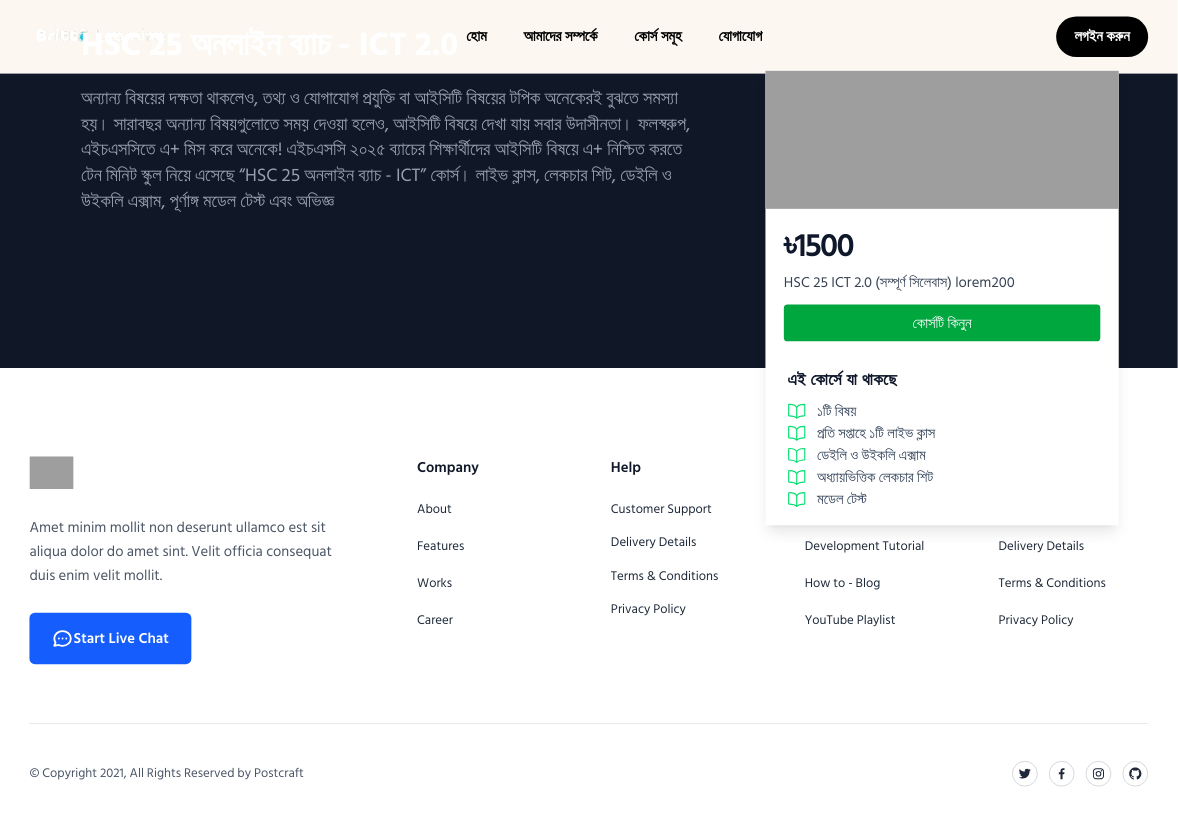
Repository: Ruddro420/course-selling
Page: /single-course
An editor plug-in stored every save of this project. The page is shown before and after the next save, followed by the edit.
The browser window is 1280 px wide. The pictures show the whole page, at 92% of full size.
Pictures or frames that could not be fetched are drawn as grey boxes. The project was rebuilt for these pictures with package versions that can differ from the ones it lists, and the page was loaded fresh each time. Also part of the build but not shown: vite.config.js, src/components/AboutSection.jsx, src/components/ContactSection.jsx, src/components/CourseSection.jsx, src/components/Hero.jsx, src/components/TeamSection.jsx, src/components/WhyUsSection.jsx, src/pages/Home.jsx and 2 more.

Above is the page before, as saved 2025-02-06 03:24:33.

After the next save:
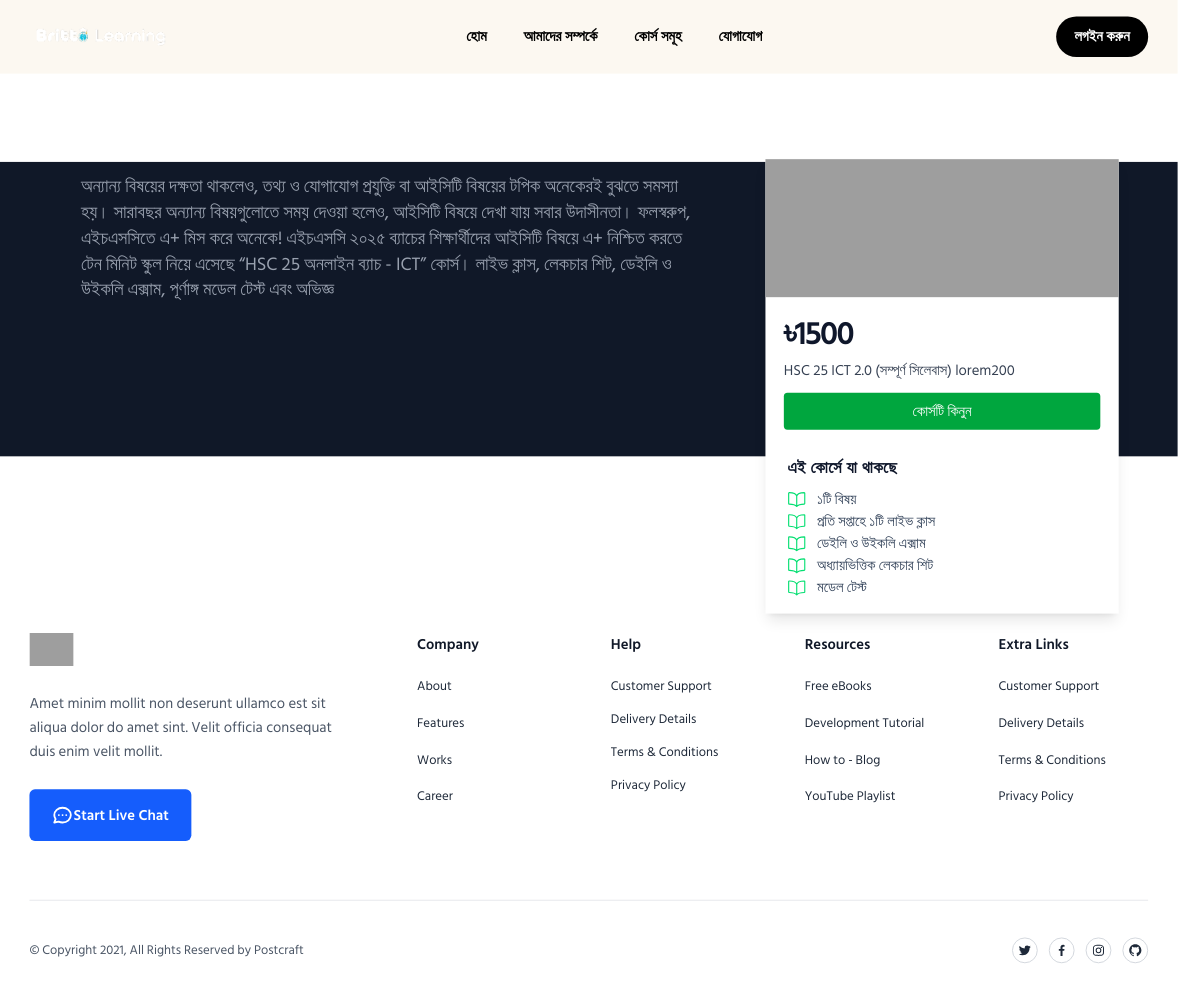
Saved 64 s later.
--- a/src/components/courseComponent/CourseHero.jsx
+++ b/src/components/courseComponent/CourseHero.jsx
@@ -2,7 +2,7 @@
 
 const CourseHero = () => {
   return (
-    <div>
+    <div className="py-10 sm:py-16 lg:py-24">
       <div className="bg-gray-900 py-20 course-hero-section  h-80 flex items-center justify-between mx-auto p-4">
         <div className="container mx-auto mt-10 max-w-screen-xl md:px-12">
           <div className="flex flex-col course-hero md:flex-row md:gap-12">

After the save that followed:
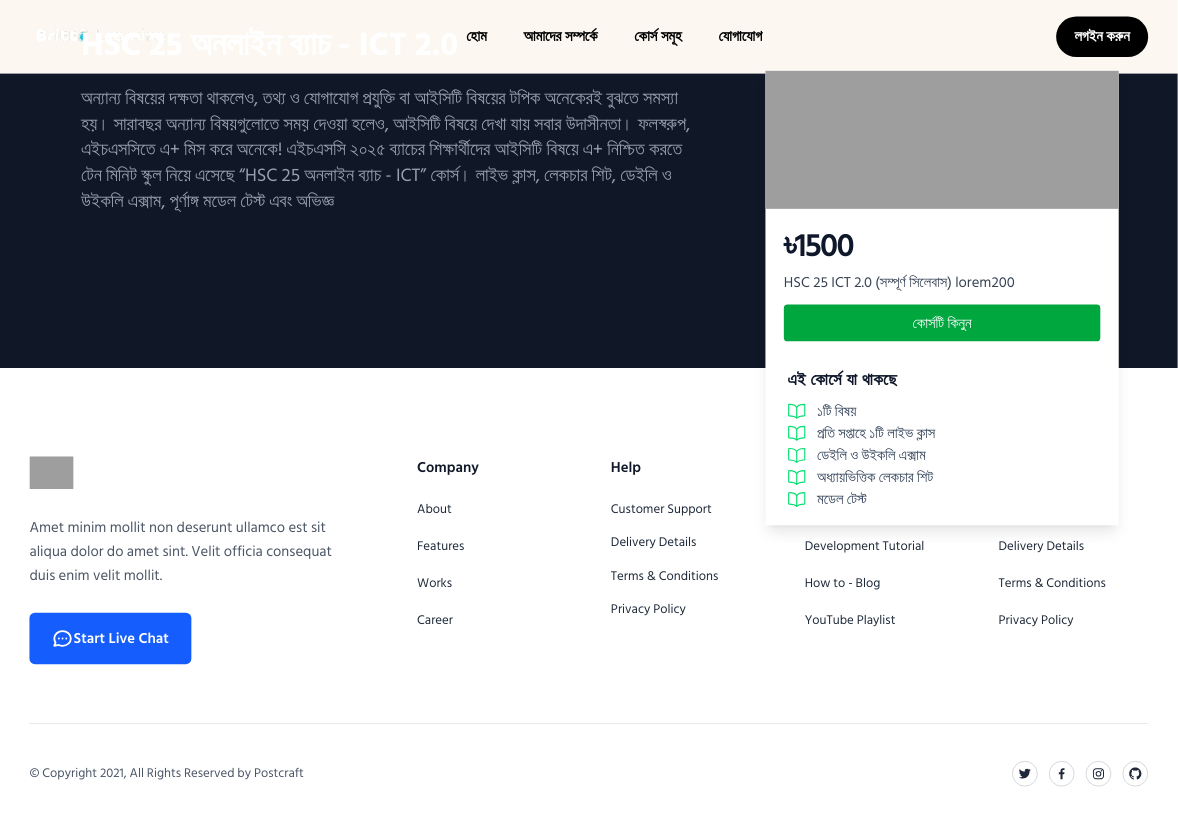
Saved 57 s later.
--- a/src/components/courseComponent/CourseHero.jsx
+++ b/src/components/courseComponent/CourseHero.jsx
@@ -2,8 +2,8 @@
 
 const CourseHero = () => {
   return (
-    <div className="py-10 sm:py-16 lg:py-24">
-      <div className="bg-gray-900 py-20 course-hero-section  h-80 flex items-center justify-between mx-auto p-4">
+    <div className="">
+      <div className="bg-gray-900 py-20 course-hero-section  h-80 flex items-center justify-between mx-auto p-4 py-10 sm:py-16 lg:py-24">
         <div className="container mx-auto mt-10 max-w-screen-xl md:px-12">
           <div className="flex flex-col course-hero md:flex-row md:gap-12">
 
